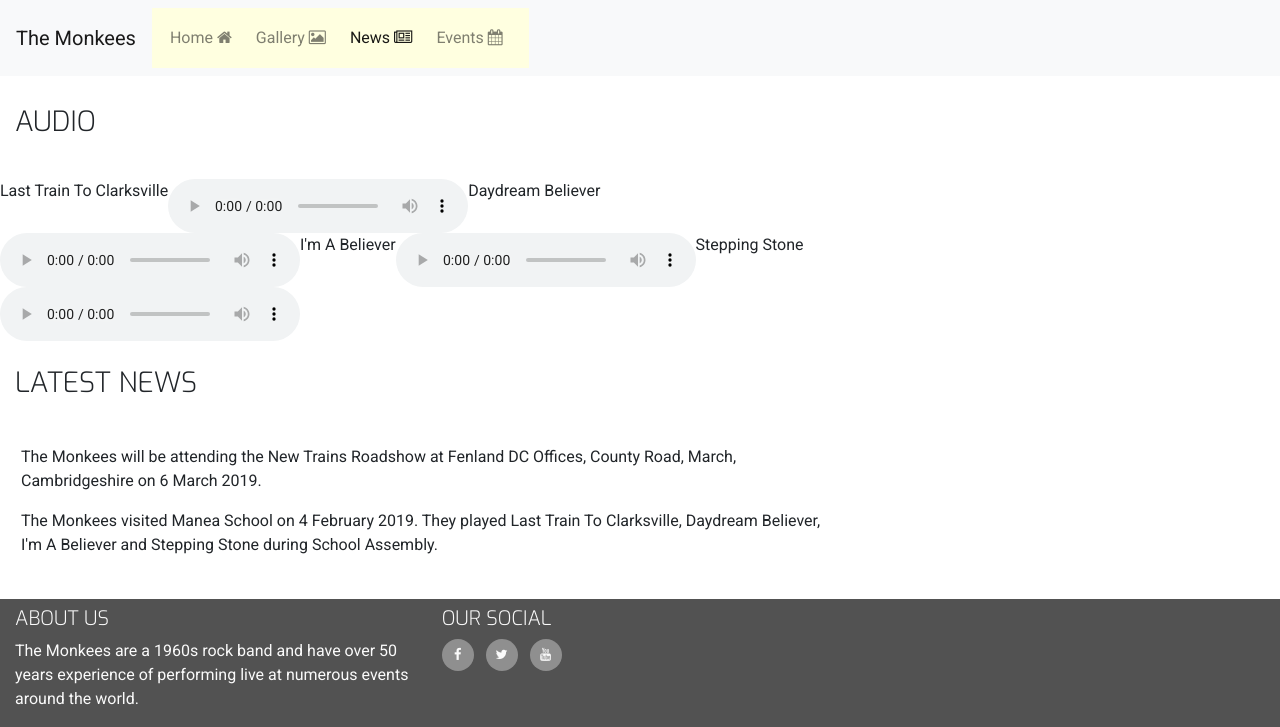
Repository: Code-Institute-Submissions/ucd-band
Page: news.html
The author's editor kept a record of every edit. The page is drawn from the files as they stood at one moment, then again after the next edit.
The browser window is 1280 px wide. The pictures show the whole page.

Above is the page before.

### news.html
<!DOCTYPE html>
<html>
    <head>
    <meta name="viewport" content="width=device-width, initial-scale=1">
    <!-- Display Title in the Browser Window -->
    <title>The Monkees - News Page</title>
    <!-- Load Style Sheets -->
    <link rel="stylesheet" href="https://maxcdn.bootstrapcdn.com/bootstrap/4.3.1/css/bootstrap.min.css" integrity="sha384-ggOyR0iXCbMQv3Xipma34MD+dH/1fQ784/j6cY/iJTQUOhcWr7x9JvoRxT2MZw1T" crossorigin="anonymous">
    <link rel="stylesheet" href="https://maxcdn.bootstrapcdn.com/font-awesome/4.7.0/css/font-awesome.min.css" type="text/css" />
    <link rel="stylesheet" href="assets/css/style.css" type="text/css" />

</head>
<body>
 <!-- Set Up Navigation -->
  <nav class="navbar navbar-light bg-light navbar-expand-sm fixed-top">

            <!-- Set Up Brand -->
            <a href="index.html" class="navbar-brand" title="The Monkees">The Monkees</a>

            <!-- Set Up Navbar Toggler -->
             <button class="navbar-toggler" type="button" data-toggle="collapse" data-target="#navbarSupportedContent" aria-controls="navbarSupportedContent" aria-expanded="false" aria-label="Toggle navigation">
    <span class="navbar-toggler-icon"></span>
  </button>

            <!-- Set Up Navbar Links -->
            <div class="collapse navbar-collapse" id="navbarSupportedContent">
            <!-- Set Up Navbar with Icons -->
                <ul class="navbar-nav mr-auto">

                    <li class="nav-item mr-2"><a class="nav-link" href="index.html">Home <i class="fa fa-home" aria-hidden="true"></i></a></li>
                    <li class="nav-item mr-2"><a class="nav-link" a href="gallery.html">Gallery <i class="fa fa-picture-o" aria-hidden="true"></i></a></li>
                    <li class="active nav-item mr-2"><a class="nav-link" a href="news.html">News <i class="fa fa-newspaper-o" aria-hidden="true"></i></a></li>
                    <li class="nav-item mr-2"><a class="nav-link" href="events.html">Events <i class="fa fa-calendar" aria-hidden="true"></i></a></li>
                </ul>
            </div>

 </nav>

    <section class="container-fluid">
            <div class="row">

                <div class="col-xs-12 col-sm-12 col-md-8 bg-color-audio section-column">
                    <div class="row">
                        <div class="col-sm-12">
                            <h3 class="section-heading uppercase">Audio</h3>
                        </div>

                        <!-- Display Audio -->
                        <p class="audio-description">Last Train To Clarksville</p>
                        <audio controls>
                            <source src="assets/audio/Clarksville.mp3" type="audio/mpeg">
                            Your browser does not support the audio tag
                        </audio>

                        <p class="audio-description">Daydream Believer</p>
                        <audio controls>
                            <source src="assets/audio/DaydreamBeliever.mp3" type="audio/mpeg">
                            Your browser does not support the audio tag
                        </audio>

                        <p class="audio-description">I'm A Believer</p>
                        <audio controls>
                            <source src="assets/audio/ImABeliever.mp3" type="audio/mpeg">
                            Your browser does not support the audio tag
                        </audio>

                        <p class="audio-description">Stepping Stone</p>
                        <audio controls>
                            <source src="assets/audio/SteppingStone.mp3" type="audio/mpeg">
                            Your browser does not support the audio tag
                        </audio>
                    </div>

                   </div>
                <div class="col-xs-12 col-sm-12 col-md-8">
                    <div class="row">
                        <div class="col-sm-12">
                            <h3 class="section-heading uppercase">Latest News</h3>
                        </div>
                    </div>
                    <!-- Set Up News Items -->
                    <div class="news-item">
                        <p class="news-description">The Monkees will be attending the New Trains Roadshow
                        at Fenland DC Offices, County Road, March, Cambridgeshire
                        on 6 March 2019.</p>
                        <p class="news-description">The Monkees visited Manea School on 4 February 2019.
                        They played Last Train To Clarksville, Daydream Believer, I'm A Believer and Stepping Stone during School Assembly.</p>
                        </div>
                    </div>



            </div>
        </section>

    <!-- Provide footer details -->
    <footer class="container-fluid">
        <div class="row">
            <!-- Provide Information about The Monkees -->
            <div class="col-xs-12 col-sm-4 mt-2">
                <h5 class="uppercase general-sub">About Us</h5>
                <p class="inline-block">
                    The Monkees are a 1960s rock band and have over 50 years experience
                    of performing live at numerous events around the world.
                </p>
            </div>

            <!-- Provide Social Links (e.g. YouTube) -->
            <div class="col-xs-12 col-sm-8 mt-2">
                <h5 class="uppercase general-sub">Our Social</h5>
                <ul class="list-inline social-links">
                    <li class="list-inline-item"><a target="_blank" href="https://www.facebook.com/TheMonkees" title="Facebook"><i class="fa fa-facebook"></i></a></li>
                    <li class="list-inline-item"><a target="_blank" href="https://twitter.com/monkeesofficial" title="Twitter"><i class="fa fa-twitter"></i></a></li>
                    <li class="list-inline-item"><a target="_blank" href="https://www.youtube.com/user/themonkees" title="YouTube"><i class="fa fa-youtube"></i></a></li>
                </ul>

            </div>
        </div>
    </footer>
</body>
</html>

### assets/css/style.css
/* Import Font */


@import url('https://fonts.googleapis.com/css?family=Roboto:100,200,300,400,500,600,700|Exo:100,200,300,400,500,600,700');

/* Body */

body {

    font-family: "Roboto", Arial, Verdana, sans-serif;
    padding-top: 80px;

}

/* Navbar Styles */

.navbar-nav {

    background-color: lightyellow;

    padding: 10px;

}

.navbar {

    margin-bottom: 0;
    border: 0;
    width: 100%;

}

/* Special Padding/Margins/Text */

h1, h2, h3, h4 {
    margin: 0;
}

.uppercase {
    text-transform: uppercase;
}

.general-sub {
    font-family: "Exo", Arial, Verdana, sans-serif;
    font-weight: 300;
    color: #fafafa;
}

.inline-block {
    display: inline-block;
}

.row-table {
    display: table;
}

.section-heading {
    font-family: "Exo", Arial, Verdana, sans-serif;
    font-weight: 300;
    margin-top: 25px;
    margin-bottom: 40px;
}

/* Download PDF Styles */

.events-pdf {
    color: green;
    text-align: center;
    font-size: 18px;
    padding-left: 5px;
}

.events-pdf i:hover {
    color: purple;
    transition: all 0.35s ease-in-out;
    -moz-transition: all 0.35s ease-in-out;
    -webkit-transition: all 0.35s ease-in-out;
    -o-transition: all 0.35s ease-in-out;
}


/* Footer */

footer {
    background-color: #525252;
    color: #fafafa;
    min-height: 120px;
    margin: 0;
}



.social-links {
    padding-bottom: 15px;
}

.social-links li a i {
    width: 32px;
    height: 32px;
    padding: 12px 0px;
    border-radius: 50%;
    font-size: 13px;
    line-height: 7px;
    text-align: center;
    color: #fafafa;
    background: #8f8f8f;
    transition: all 0.35s ease-in-out;
    -moz-transition: all 0.35s ease-in-out;
    -webkit-transition: all 0.35s ease-in-out;
    -o-transition: all 0.35s ease-in-out;

}

.social-links li a i:hover {
    background: #e84610;

}



/* Welcome */

.welcome-item {
    margin-bottom: 20px;
    display: block;
    clear: both;
    padding: 8px;
}

.contents-item {
    font-family: "Roboto", Arial, Verdana, sans-serif;
    font-weight: 400;
}

/* News */

.news-item {
    margin-bottom: 20px;
    display: block;
    clear: both;
    padding: 6px;
}

.news-description {
    font-family: "Roboto", Arial, Verdana, sans-serif;
    font-weight: 400;
}

/* Audio */
.audio-description {
    font-family: "Roboto", Arial, Verdana, sans-serif;
    font-weight: 400;
}




/* Table Styles */

th {
    background-color: lightblue;
}


/* Gallery */
div .desc {
    padding: 15px;
    text-align: center;
}

div .gallery {
    border: 1px solid #676767;
}

div .gallery:hover {
    border: 1px solid #e84610;
}

div .gallery img {
    height: auto;
    width: 100%;
}

hr {
    border: 1px solid black;
}

img {
    display: block;
    margin: auto;
}

.responsive {
    padding: 4px 10px;
    float: left;
    width: 20%;
}

.img-clearfix:after {
    content: "";
    display: table;
    clear: both;
}

/* Media Queries */

@media only screen and (min-width: 501px) and (max-width: 700px) {
    .responsive {
        width: 50%;
        margin: 6px 0px;
    }
}

@media only screen and (max-width: 500px) {
    .responsive {
        width: 100%;
    }
}

After the next edit:
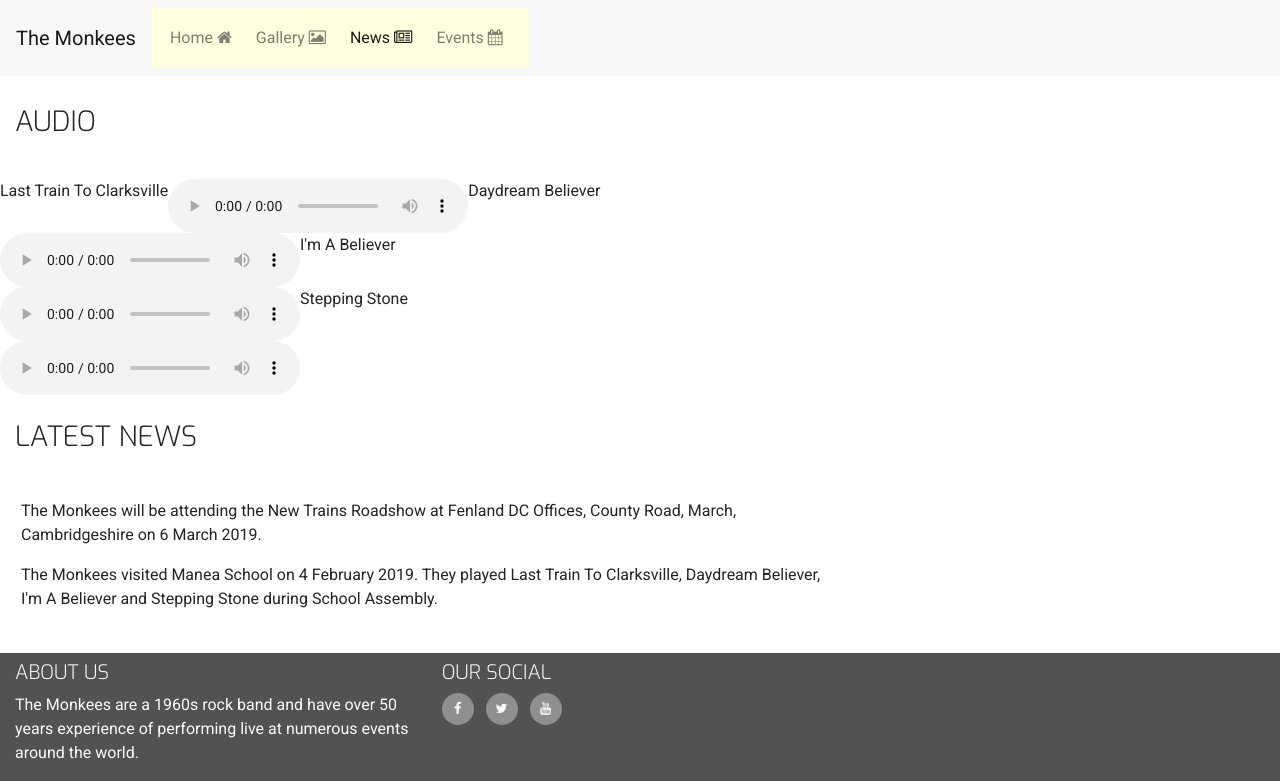
The edit:
--- a/news.html
+++ b/news.html
@@ -39,7 +39,7 @@
     <section class="container-fluid">
             <div class="row">
 
-                <div class="col-xs-12 col-sm-12 col-md-8 bg-color-audio section-column">
+                <div class="col-xs-12 col-sm-12 col-md-6 bg-color-audio section-column">
                     <div class="row">
                         <div class="col-sm-12">
                             <h3 class="section-heading uppercase">Audio</h3>
